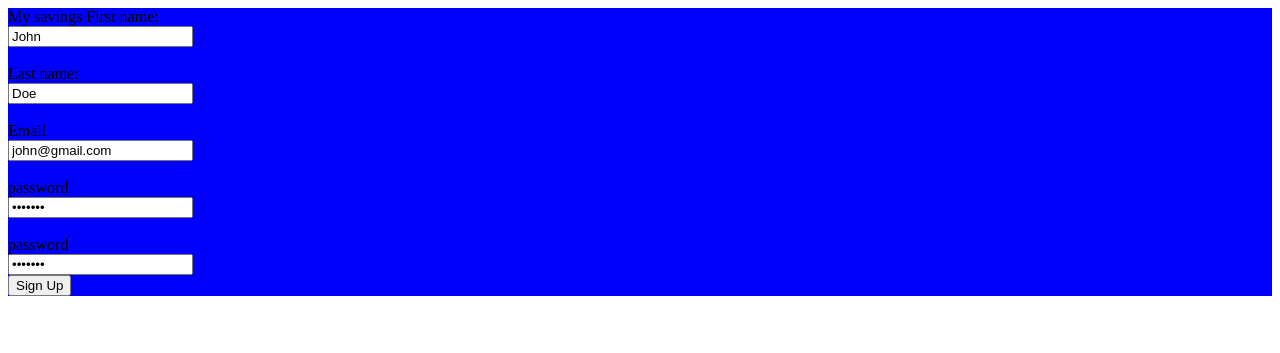
Repository: reemoon-ctrl/hotel-website
Page: mine-form_styling_start.html
These files come from the project's save history. The page is drawn as it stood at one moment and after a run of saves; the edit follows.
The browser window is 1280 px wide. The pictures show the whole page.

Above is the page before, as saved 2024-07-20 13:37:01.

### mine-form_styling_start.html
<!DOCTYPE html>
<html lang="en">
<head>
    <meta charset="UTF-8">
    <meta name="viewport" content="width=device-width, initial-scale=1.0">
    <title>Document</title>
<style>
    .form{
        background: blue;
    }
</style>
</head>

<body>
    <div
    <form class="form" action="/action_page.php">
        <caption style="text-align:right">My savings</caption>
        <label for="fname">First name:</label><br>
        <input type="text" id="fname" name="fname" value="John"><br><br>
        <label for="lname">Last name:</label><br>
        <input type="text" id="lname" name="lname" value="Doe"><br><br>
        <label for="Email ">Email</label><br>
        <input type="text" id="email" name="Email" value="john@gmail.com"><br><br>
        <label for="password">password</label><br>
        <input type="password" id="password" name="password" value="fffffff"><br><br>
        <label for="password">password</label><br>
        <input type="password" id="confirm password" name="confirm password" value="fffffff"><br>


        <input type="submit" value="Sign Up">
      </form>

</body>
</html>

After the next 2 saves:
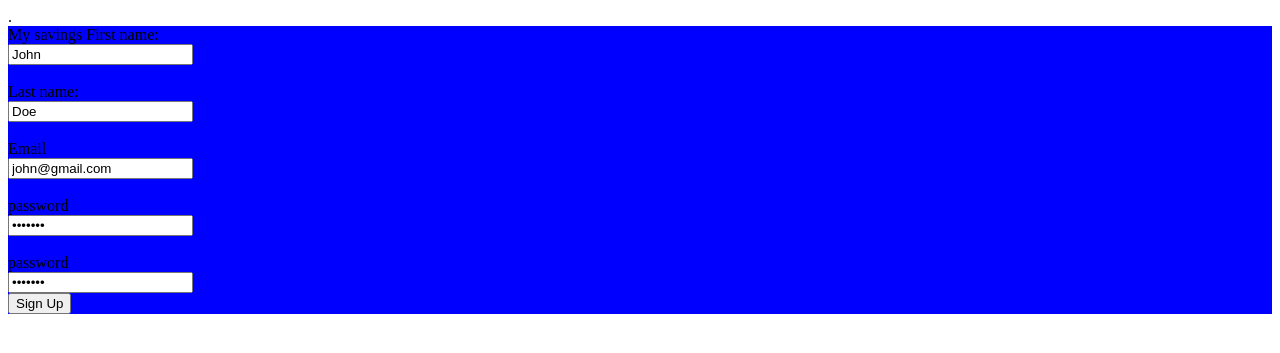
The 2 saves are shown as one change because they came seconds apart.
The last was saved 7 s later.
--- a/mine-form_styling_start.html
+++ b/mine-form_styling_start.html
@@ -12,7 +12,7 @@
 </head>
 
 <body>
-    <div
+    .
     <form class="form" action="/action_page.php">
         <caption style="text-align:right">My savings</caption>
         <label for="fname">First name:</label><br>

After the 3 saves that followed:
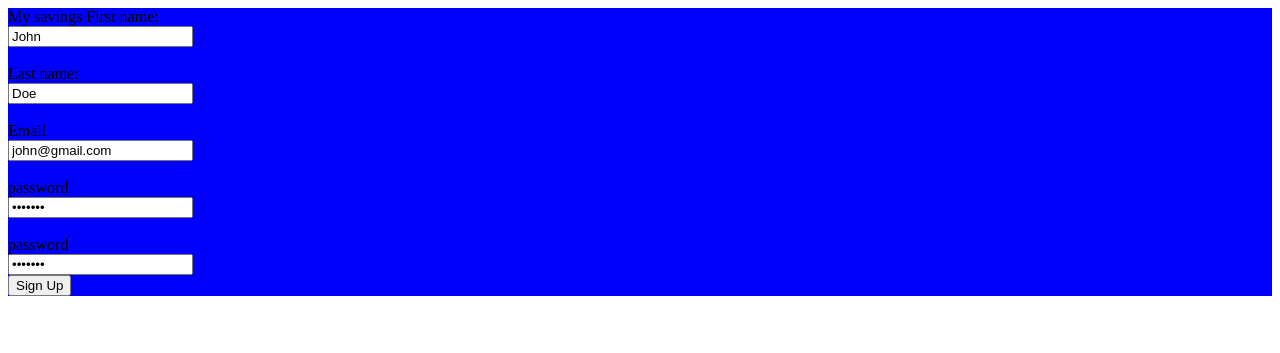
The 3 saves are shown as one change because they came seconds apart.
The last was saved 12 s later.
--- a/mine-form_styling_start.html
+++ b/mine-form_styling_start.html
@@ -12,7 +12,7 @@
 </head>
 
 <body>
-    .
+    <div class="container"></div>
     <form class="form" action="/action_page.php">
         <caption style="text-align:right">My savings</caption>
         <label for="fname">First name:</label><br>
